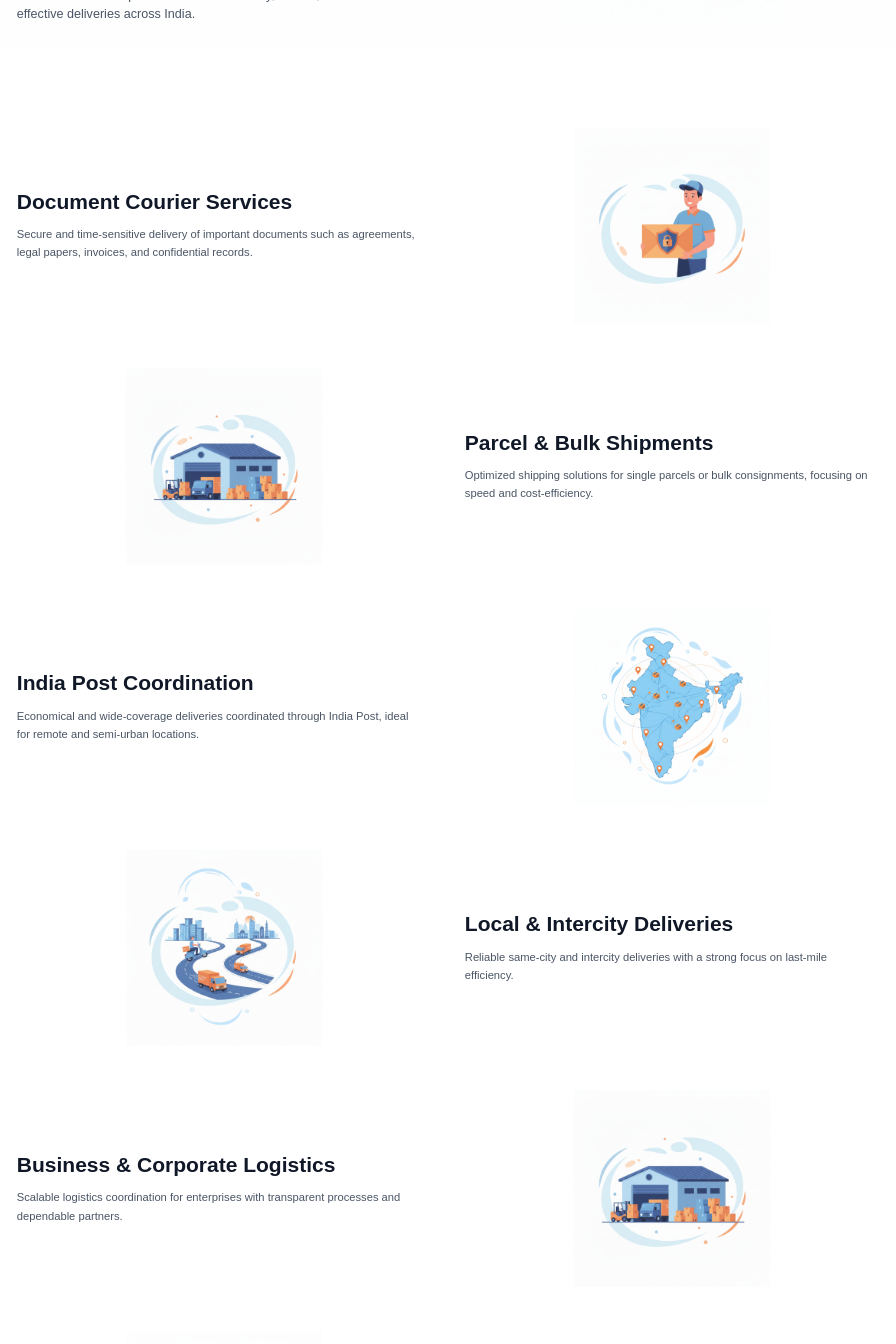
Repository: Rohit-foryou/Courier-Portfolio
Page: /services
An editor plug-in stored every save of this project. The page is shown before and after the next save, followed by the edit.
The browser window is 1280 px wide. The pictures show the part of the page from y = 465 to 2385 px (the page is 4212 px tall before and 4260 px after), at 70% of full size.
The project was rebuilt for these pictures with package versions that can differ from the ones it lists, and the page was loaded fresh each time. The framework's server and built-in components were replaced by stand-ins that run in the browser. Also part of the build but not shown: next.config.ts.

Above is the page before, as saved 2026-02-09 23:57:23.

After the next save:
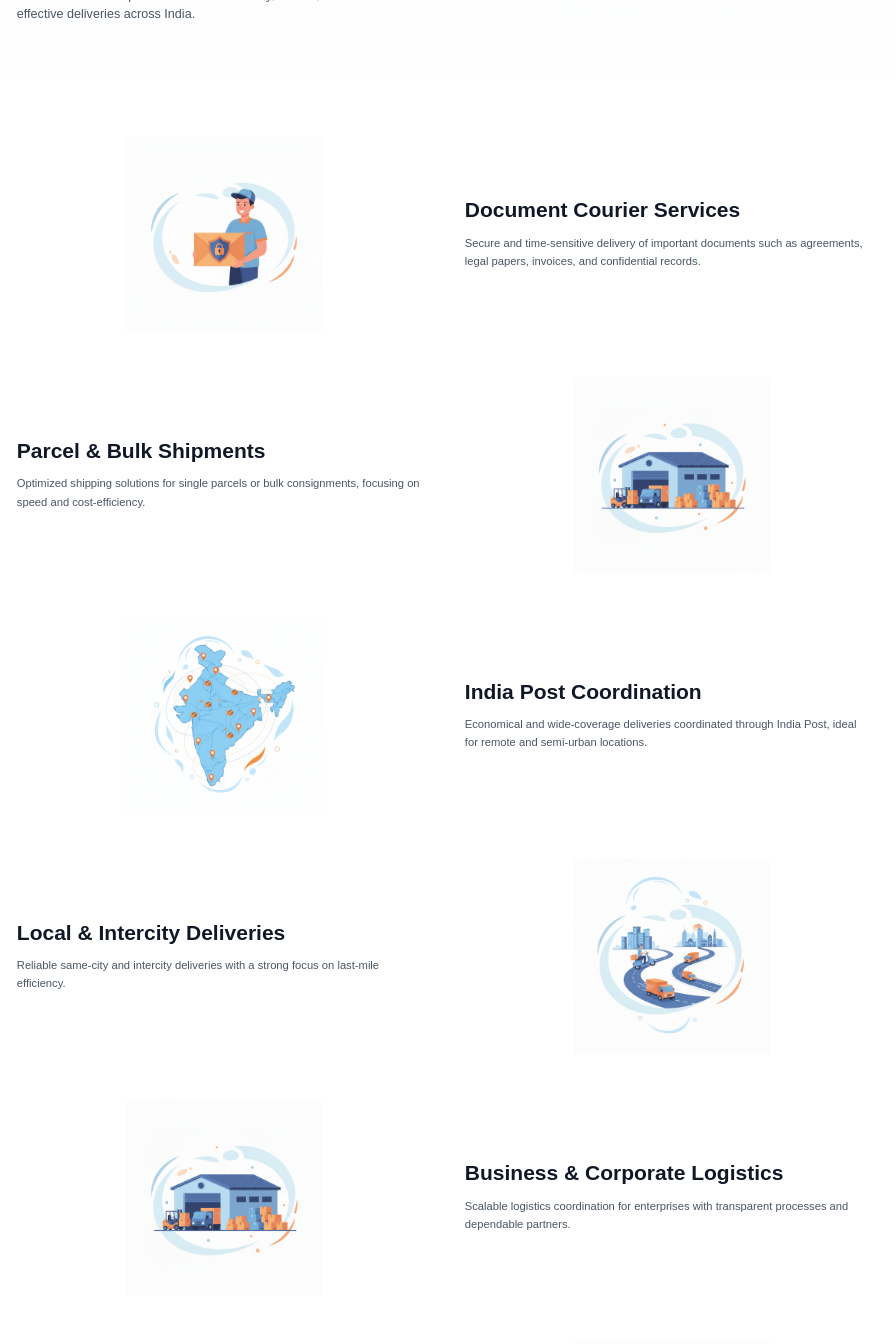
Saved 39 min 44 s later.
--- a/app/services/page.tsx
+++ b/app/services/page.tsx
@@ -71,30 +71,20 @@
       </section>
 
       {/* CORE SERVICES */}
-      <section className="bg-white py-13">
+      <section className="bg-white py-16">
         <div className="max-w-7xl mx-auto px-6 space-y-16">
           {services.map((s, i) => {
-            const isEven = i % 2 === 0;
+            const imageLeft = i % 2 === 0; // 👈 FIRST IMAGE LEFT
 
             return (
               <div
                 key={i}
                 className="grid grid-cols-1 md:grid-cols-2 gap-12 items-center"
               >
-                {/* TEXT */}
-                <div className={isEven ? "md:order-1" : "md:order-2"}>
-                  <h2 className="text-3xl font-bold text-gray-900">
-                    {s.title}
-                  </h2>
-                  <p className="mt-4 text-gray-600 max-w-xl leading-relaxed">
-                    {s.desc}
-                  </p>
-                </div>
-
                 {/* IMAGE */}
                 <div
                   className={`flex justify-center ${
-                    isEven ? "md:order-2" : "md:order-1"
+                    imageLeft ? "md:order-1" : "md:order-2"
                   }`}
                 >
                   <Image
@@ -111,6 +101,16 @@
                       hover:-translate-y-1
                     "
                   />
+                </div>
+
+                {/* TEXT */}
+                <div className={imageLeft ? "md:order-2" : "md:order-1"}>
+                  <h2 className="text-3xl font-bold text-gray-900">
+                    {s.title}
+                  </h2>
+                  <p className="mt-4 text-gray-600 max-w-xl leading-relaxed">
+                    {s.desc}
+                  </p>
                 </div>
               </div>
             );
@@ -149,7 +149,7 @@
       </section>
 
       {/* WHY CHOOSE US */}
-      <section className="bg-white py-13">
+      <section className="bg-white py-16">
         <div className="max-w-7xl mx-auto px-6 text-center">
           <h2 className="text-4xl font-bold text-gray-900">
             Why Choose Our Services?
@@ -157,21 +157,9 @@
 
           <div className="mt-16 grid grid-cols-1 md:grid-cols-3 gap-10">
             {[
-              {
-                title: "Cost-Effective",
-                desc: "Competitive pricing through intelligent courier planning.",
-                icon: "💰",
-              },
-              {
-                title: "Reliable Coordination",
-                desc: "Clear communication and dependable logistics execution.",
-                icon: "🤝",
-              },
-              {
-                title: "Trusted Network",
-                desc: "Established courier partners across India.",
-                icon: "🌐",
-              },
+              { title: "Cost-Effective", desc: "Competitive pricing through intelligent courier planning.", icon: "💰" },
+              { title: "Reliable Coordination", desc: "Clear communication and dependable logistics execution.", icon: "🤝" },
+              { title: "Trusted Network", desc: "Established courier partners across India.", icon: "🌐" },
             ].map((item, i) => (
               <div
                 key={i}
